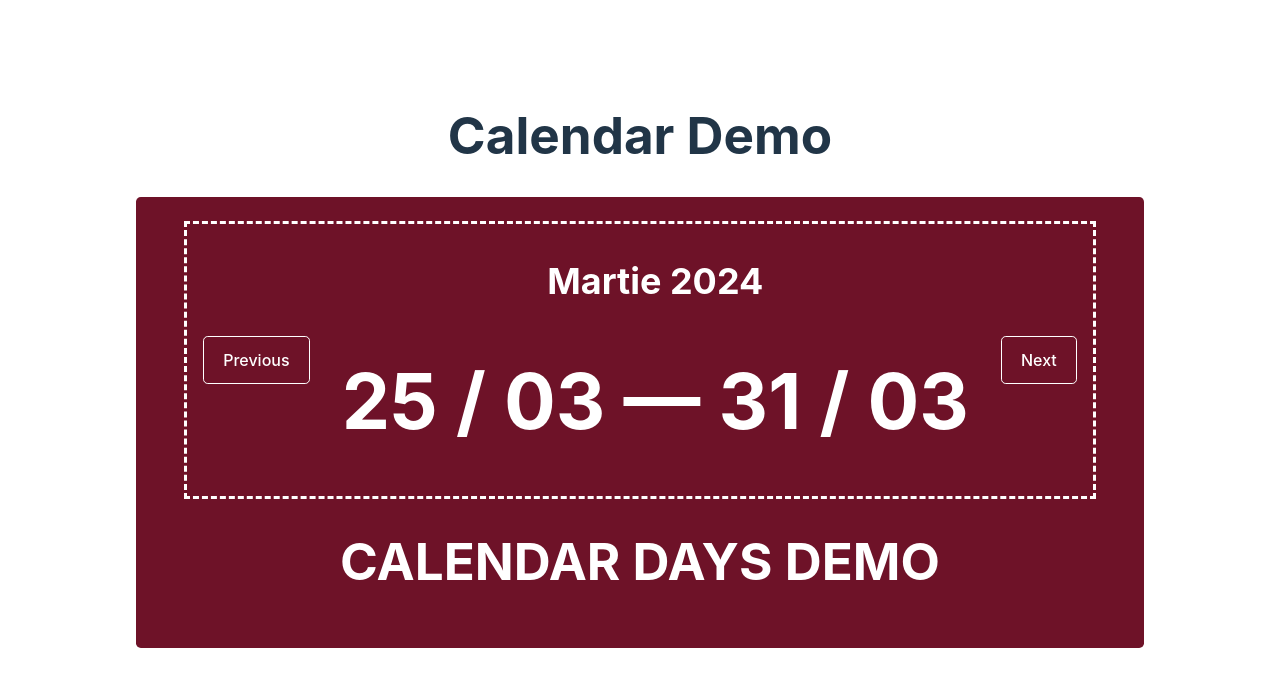
Repository: Maryie-B/weekly-calendar-scheduler
Page: /
An editor plug-in stored every save of this project. The page is shown before and after the next save, followed by the edit.
The browser window is 1280 px wide. The pictures show the whole page.
The project was rebuilt for these pictures with package versions that can differ from the ones it lists, and the page was loaded fresh each time. Also part of the build but not shown: vite.config.js.

Above is the page before, as saved 2024-03-26 14:50:34.

### src/App.jsx
import './App.css'
import CalendarHeader from './CalendarHeader'
import CalendarDays from './CalendarDays'

function App() {

  return (
    <>
      <h1>Calendar Demo</h1>
      <div className='calendar-wrapper'>

        <CalendarHeader />
        <CalendarDays />
      </div>
    </>
  )
}

export default App

### src/App.css
#root {
  max-width: 1280px;
  margin: 0 auto;
  padding: 2rem;
  text-align: center;
}

.calendar-wrapper {
  background-color: rgb(110, 18, 40);
  color: white;
  padding: 1.5rem 3rem;
  border-radius: 0.3rem;
}

.calendar-header {
  display: flex;
  flex-direction: row;
  border-color: white;
  border-style: dashed;
  align-items: center;
  justify-content: center;
}


.calendar-button {
  background-color: rgba(0, 0, 0, 0);
  height: 3rem;
  align-items: center;
  justify-content: center;
  border-color: white;
  border-radius: 0.3rem;
  color: white;
  font-size: 1rem;
  margin: 1rem;
}

.calendar-text {
  font-size: 1.5rem;
  padding: 0rem 1rem;
}

### src/CalendarHeader.jsx
import { useState, useEffect } from "react";

const CalendarHeader = () => {
  const [currentWeekStart, setCurrentWeekStart] = useState(() => {
      const now = new Date();
      const currentDay = now.getDay();
      const untilMonday = currentDay === 0 ? 6 : currentDay - 1;
      now.setDate(now.getDate() - untilMonday);
      return now;
  });

  const [currentWeekEnd, setCurrentWeekEnd] = useState(() => {
    const end = new Date(currentWeekStart);
    end.setDate(currentWeekStart.getDate() + 6);
    return end;
  });

  useEffect(() => {
    const end = new Date(currentWeekStart);
    end.setDate(currentWeekStart.getDate() + 6);
    console.log(end, '- from useEffect');
    setCurrentWeekEnd(end);
  }, [currentWeekStart]);

  const handleGoToPreviousWeek = () => {
    setCurrentWeekStart((prevDate) => {
        const newDate = new Date(prevDate);
        newDate.setDate(newDate.getDate() - 7);
        console.log(newDate, '-- from handleGoToPrevWeek');
        return newDate;
    });
  };

  const handleGoToNextWeek = () => {
    setCurrentWeekStart((prevDate) => {
        const newDate = new Date(prevDate);
        newDate.setDate(newDate.getDate() + 7);
        console.log(newDate, '-from handle NEXTdate');
        return newDate;
    });
  };

  const startMonth = currentWeekStart.getMonth();
  const endMonth = currentWeekEnd.getMonth();
  const startYear = currentWeekStart.getFullYear();
  const endYear = currentWeekEnd.getFullYear();

  const monthsNames = ['Ianuarie', 'Februarie', 'Martie', 'Aprilie',
                        'Mai', 'Iunie', 'Iulie', 'August', 'Septembrie', 'Octombrie', 'Noiembrie', 'Decembrie'];

  let calendarHeader = `${monthsNames[startMonth]} ${startYear}`;
  if (startMonth !== endMonth || startYear !== endYear) {
    calendarHeader += ` — ${monthsNames[endMonth]} ${endYear} `
  }

  let weekStartMonthNumber = currentWeekStart.getMonth() + 1;
  let weekEndMonthNumber = currentWeekEnd.getMonth() + 1;

  weekStartMonthNumber = weekStartMonthNumber < 10 ? `0${weekStartMonthNumber}` : weekStartMonthNumber;
  weekEndMonthNumber = weekEndMonthNumber < 10 ? `0${weekEndMonthNumber}` : weekEndMonthNumber;

  const datesRange = `${currentWeekStart.getDate()} / ${weekStartMonthNumber} — ${currentWeekEnd.getDate()} / ${weekEndMonthNumber}`;

  return (
    <div className="calendar-header">
        <button className='calendar-button' onClick={handleGoToPreviousWeek}>Previous</button>
        <div className="calendar-text">
        <h2>{calendarHeader}</h2>
        <h1>{datesRange}</h1>
        </div>
        <button className='calendar-button' onClick={handleGoToNextWeek}>Next</button>
    </div>
  )
}

export default CalendarHeader;

### src/CalendarDays.jsx
import { useState } from "react"

const CalendarDays = () => {
  const weekDays = ['Luni', 'Marți', 'Miercuri', 'Joi', 'Vineri', 'Sâmbătă', 'Duminică']

  return (
    <div>
      <h1>CALENDAR DAYS DEMO</h1>
    </div>
  )
}

export default CalendarDays

Loaded but not shown: index.html (common file); src/main.jsx (common file); src/index.css (common file)

After the next save:
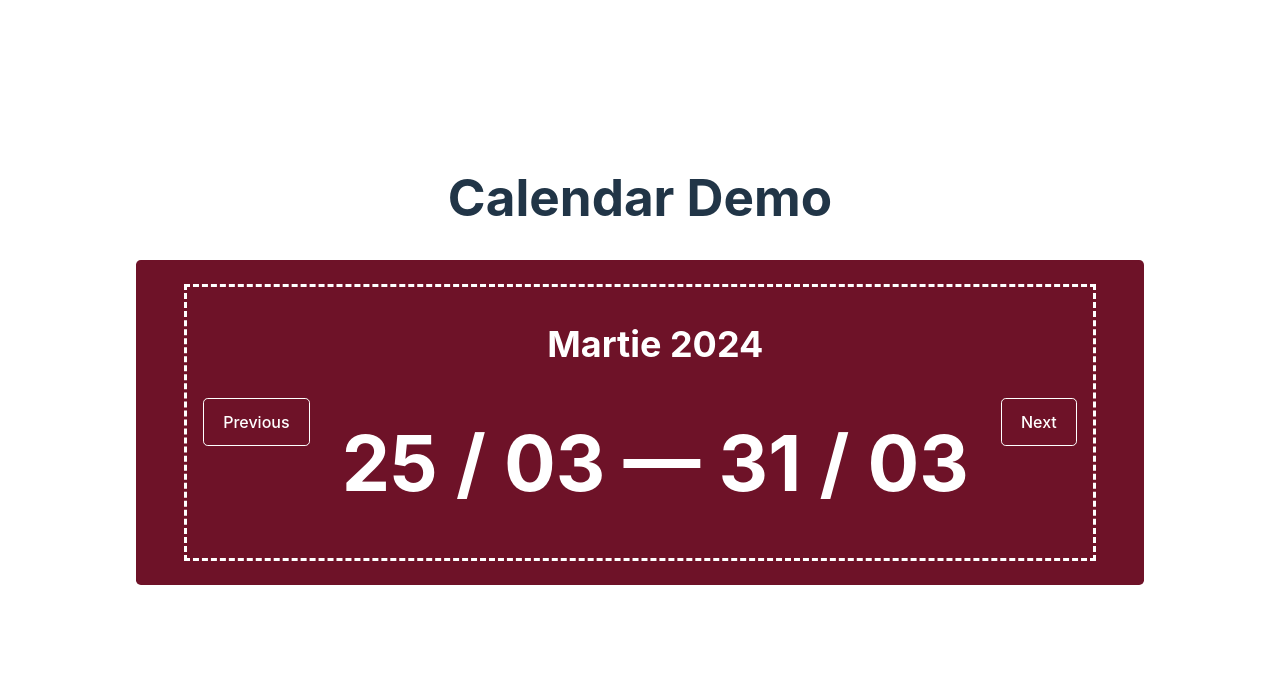
Saved 78 s later.
--- a/src/CalendarDays.jsx
+++ b/src/CalendarDays.jsx
@@ -5,7 +5,9 @@ const CalendarDays = () => {
 
   return (
     <div>
-      <h1>CALENDAR DAYS DEMO</h1>
+      {weekDays.map((day) => {
+        <div>{day}</div>
+      })}
     </div>
   )
 }
